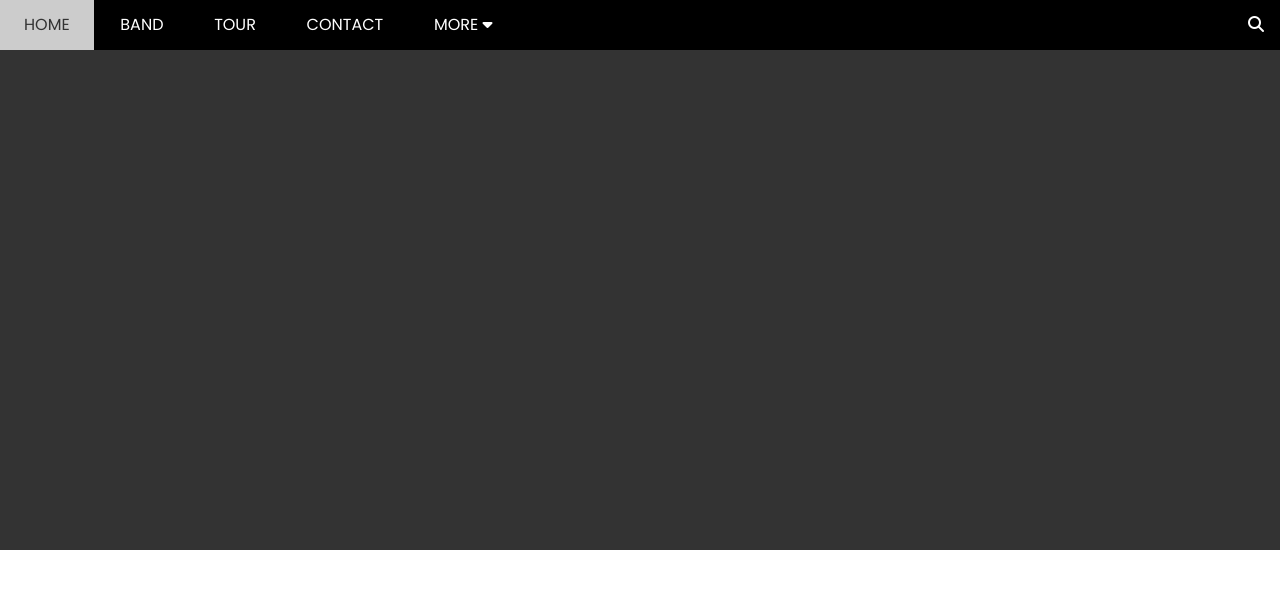
Repository: dptuyen1/the-band
Page: index.html
The author's editor kept a copy of each file at every save. The page is drawn from the files as they stood at one save, then again after the next save.
The browser window is 1280 px wide. The pictures show the whole page.

Above is the page before, as saved 2023-06-02 13:15:31.

After the next save:
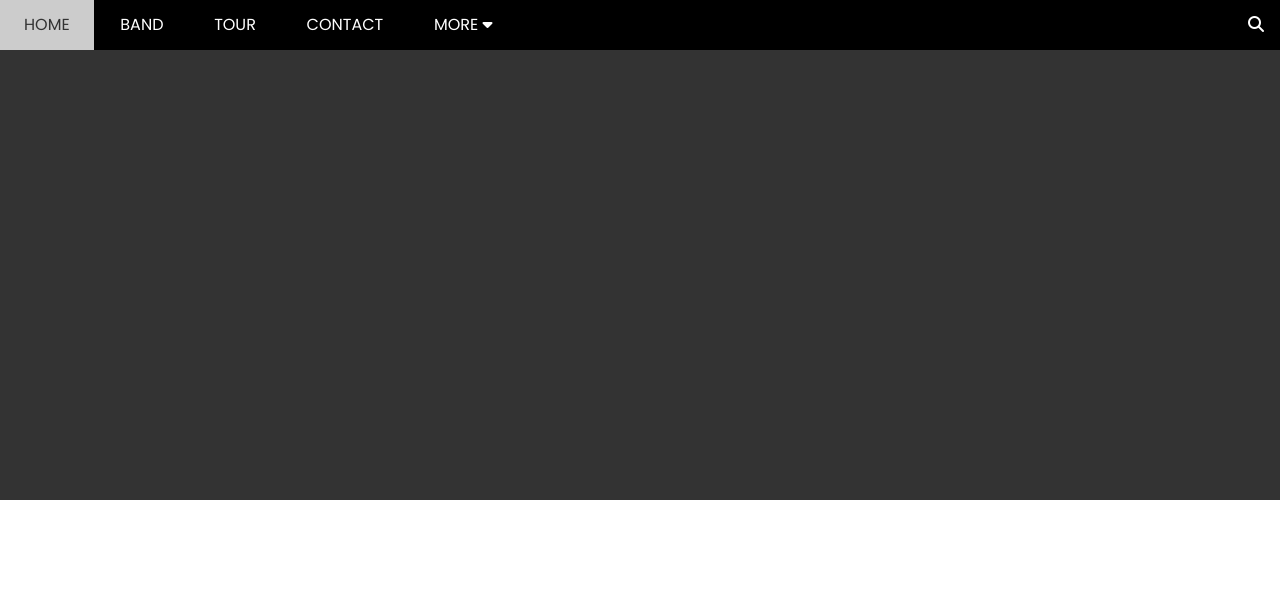
Saved 38 s later.
--- a/assets/css/style.css
+++ b/assets/css/style.css
@@ -23,7 +23,7 @@ html {
 #header {
   height: 50px;
   background-color: var(--black);
-  position: relative;
+  position: fixed;
   width: 100%;
   top: 0;
   z-index: 1;
